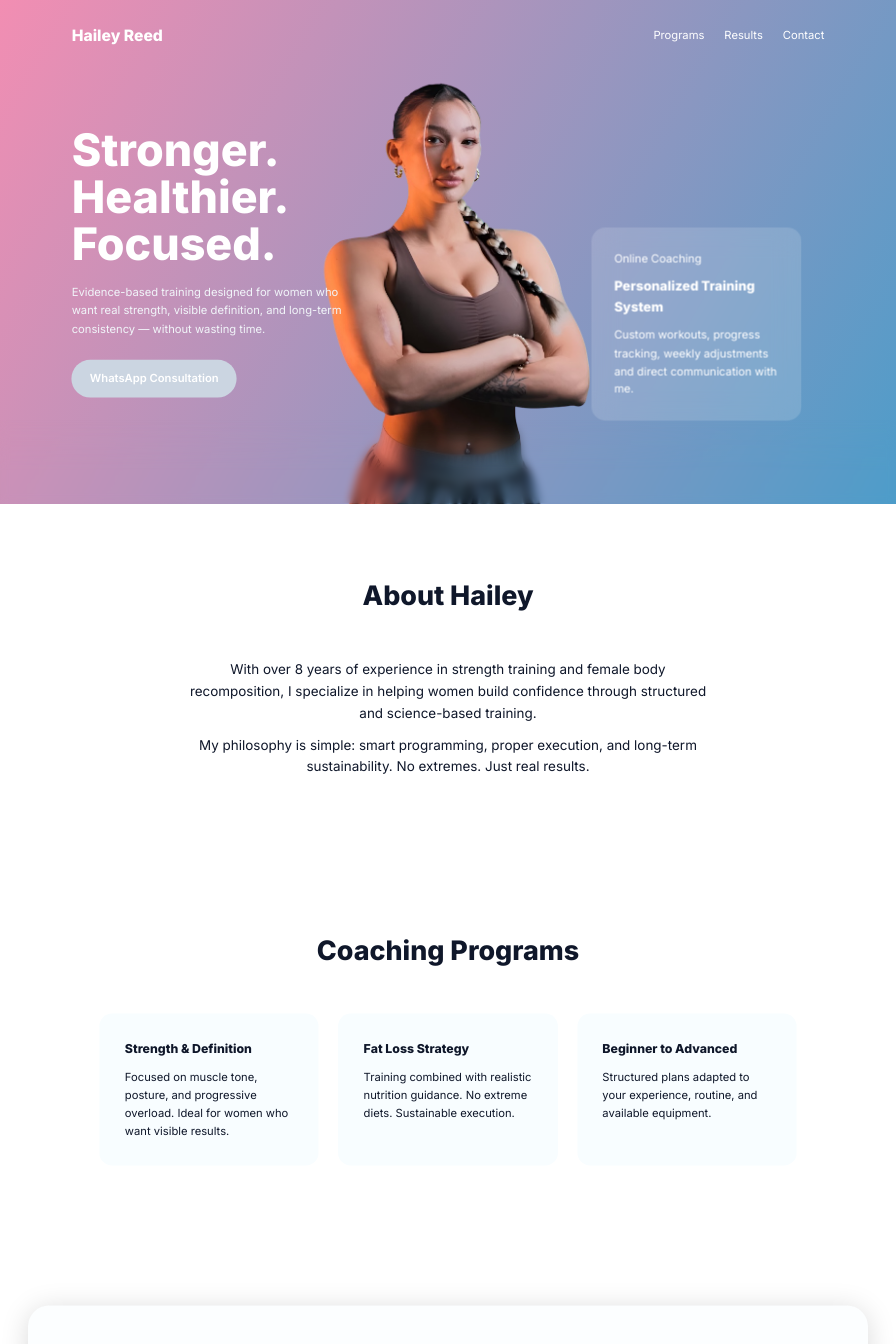
Repository: davidfsillva/Hailey-Reed-Coaching
Page: index.html
An editor plug-in stored every save of this project. The page is shown before and after the next save, followed by the edit.
The browser window is 1280 px wide. The pictures show the part of the page from y = 0 to 1920 px (the page is 5223 px tall before and 5225 px after), at 70% of full size.

Above is the page before, as saved 2026-02-12 09:27:19.

After the next save:
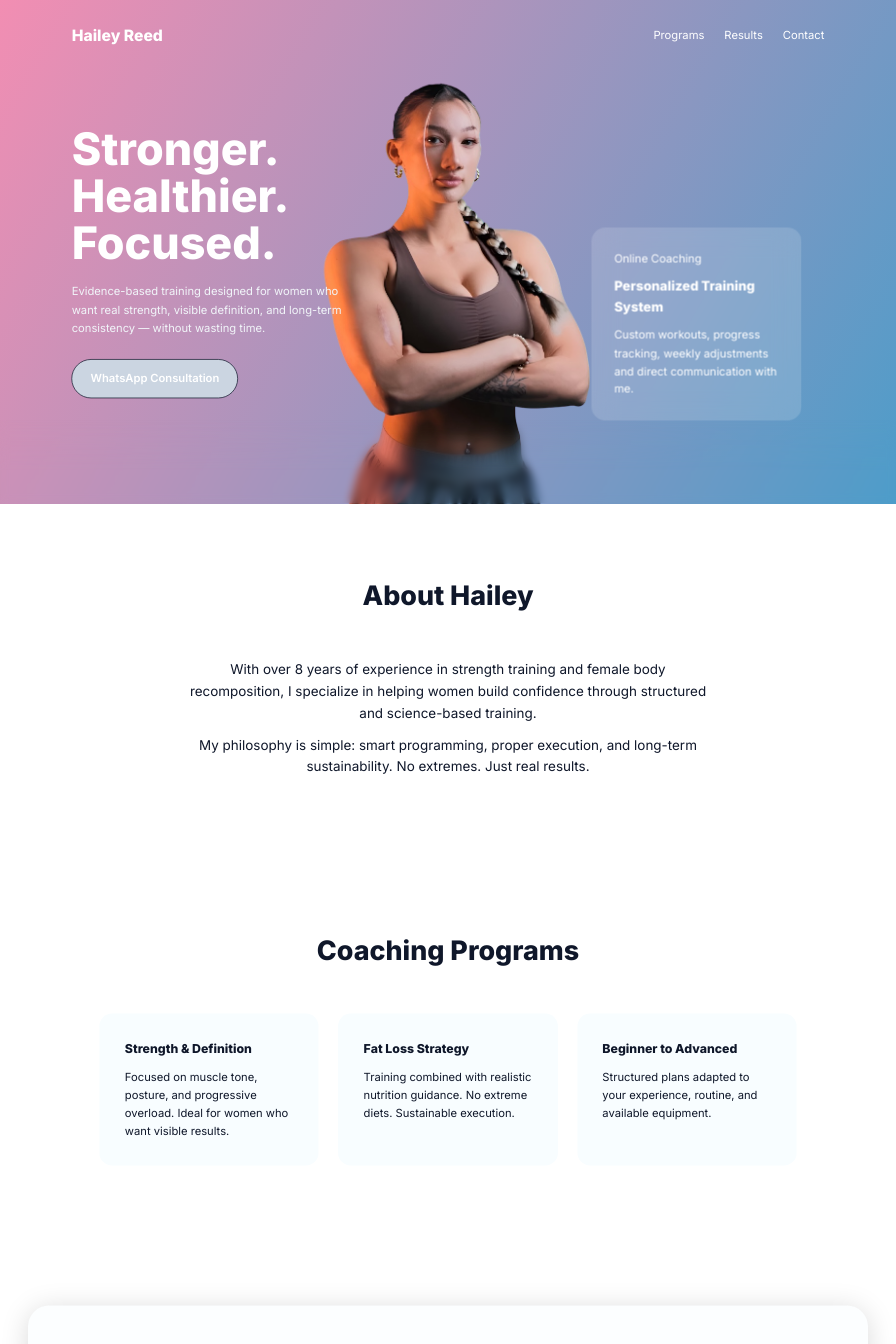
Saved 30 s later.
--- a/style.css
+++ b/style.css
@@ -115,7 +115,7 @@
 .btn.primary {
   background: #cbd5e1;
   color: white;
-  border: 1px 1px black;
+  border: 1px solid var(--dark);
   background-size: 200% 200%;
   transition: all 0.4s ease;
 }
